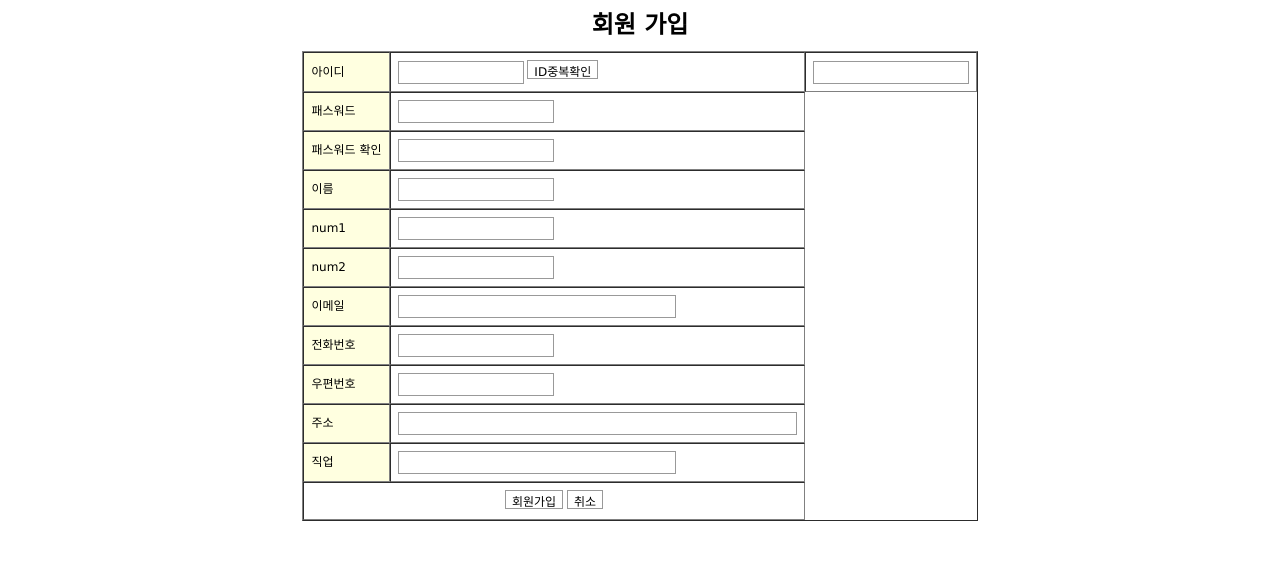
Repository: leekyengho/zodiac
Page: http://localhost/jsphomepage/homepage/member.jsp
The author's editor kept a copy of each file at every save. The page is drawn from the files as they stood at one save, then again after the next save.
The browser window is 1280 px wide. The pictures show the whole page.
The page is served by Tomcat 9. Other server files are loaded and not shown.

Above is the page before, as saved 2016-11-26 19:08:42.

### jsphomepage/WebContent/homepage/member.jsp
<%@ page language="java" contentType="text/html; charset=EUC-KR"
    pageEncoding="EUC-KR"%>
<!DOCTYPE html PUBLIC "-//W3C//DTD HTML 4.01 Transitional//EN" "http://www.w3.org/TR/html4/loose.dtd">
<html>
<head>
<meta http-equiv="Content-Type" content="text/html; charset=EUC-KR">
<title>Insert title here</title>
</head>
<body>
<div align=center>
<h1>회원 가입</h1>
<link href="style.css" rel="stylesheet" type="text/css">
<script type="text/javascript" src="script.js"></script>
<script type="text/javascript">
	function idCheck(id) {
		frm = document.regFrm;
		if(id=="") {
			alert("아이디를 입력하세요.");
			frm.id.focus();
			return;
		}
		url = "idCheck.jsp?id=" + id;
		window.open(url, "IDCheck", "width=300, heigth=150");
	}

	function zipCheck() {
		url = "zipCheck.jsp?check=y";
		window.open(url, "ZipCodeSearch", "width=500, height=300, scrollbars=yes");
	}
</script>
	<form name=memberFrm  method="post" action="memberProc.jsp">
		<table border=1 cellpadding=7 cellspacing=0 >
			<tr>
				<td bgcolor=lightyellow>아이디 </td>
				<td><input type="text" name="id" size="15" value="">
				<input type="button" value="ID중복확인" onClick="idCheck(this.form.id.value)"></td>
    			<td align=left><input type="text" name="id"  maxlength=20></td>
    		</tr>
			<tr>
				<td bgcolor=lightyellow>패스워드 </td>
    			<td align=left><input type="password" name="passwd"  maxlength=20></td>
    		</tr>
			<tr>
				<td bgcolor=lightyellow>패스워드 확인 </td>
  			    <td align=left><input type="password" name="repasswd"  maxlength=20></td>
  			</tr>
			<tr>
				<td bgcolor=lightyellow>이름 </td>
    			<td align=left><input type="text" name="name"  maxlength=20/></td>
    		</tr>
			<tr>
				<td bgcolor=lightyellow>num1</td>
   				<td align=left><input type="text" name="num1"  maxlength=7></td>
   			</tr>
			<tr>
				<td bgcolor=lightyellow>num2 </td>
  				<td align=left><input type="text" name="num2"  maxlength=7 ></td>
  			</tr>
			<tr>
				<td bgcolor=lightyellow>이메일 </td>
  				<td align=left><input type="text" name="email" maxlength=30 size=40></td>
  			</tr>
			<tr>
				<td bgcolor=lightyellow>전화번호 </td>
  				<td align=left><input type="text" name="phone" maxlength=30></td>
  			</tr>
			<tr>
				<td bgcolor=lightyellow>우편번호</td>
   				<td align=left><input type="text" name="zipcode" maxlength=7></td>
   			</tr>
			<tr>
				<td bgcolor=lightyellow>주소 </td>
    			<td align=left><input type="text" name="address" maxlength=30 size=60></td>
    		</tr>
			<tr>
				<td bgcolor=lightyellow>직업</td>
   				<td align=left><input type="text" name="job" maxlength=30 size=40></td>
   			</tr>
			<tr>
				<td colspan=2 align=center><input type="submit" value="회원가입">
    			<input type="reset" value="취소"></td>
    		</tr>
		</table>
	</form>
</div>
</body>
</html>

### jsphomepage/WebContent/homepage/style.css
BODY {
	FONT-SIZE: 9pt; COLOR: black; LINE-HEIGHT: 160%; FONT-FAMILY: 굴림,verdana,tahoma
}
TD {
	FONT-SIZE: 9pt; COLOR: black; LINE-HEIGHT: 160%; FONT-FAMILY: 굴림,verdana,tahoma
}
SELECT {
	FONT-SIZE: 9pt; COLOR: black; LINE-HEIGHT: 160%; FONT-FAMILY: 굴림,verdana,tahoma
}
DIV {
	FONT-SIZE: 9pt; COLOR: black; LINE-HEIGHT: 160%; FONT-FAMILY: 굴림,verdana,tahoma
}
FORM {
	FONT-SIZE: 9pt; COLOR: black; LINE-HEIGHT: 160%; FONT-FAMILY: 굴림,verdana,tahoma
}
TEXTAREA {
	BORDER-RIGHT: 1px solid #999999; BORDER-TOP: 1px solid #999999; FONT-SIZE: 9pt; BORDER-LEFT: 1px solid #999999 ; COLOR: BLACK; BORDER-BOTTOM: 1px solid #999999; FONT-FAMILY: 굴림,verdana; BACKGROUND-COLOR: white
}
INPUT {
	BORDER-RIGHT: 1px solid #999999; BORDER-TOP: 1px solid #999999; FONT-SIZE: 9pt; BORDER-LEFT: 1px solid #999999; COLOR: BLACK; BORDER-BOTTOM: 1px solid #999999; FONT-FAMILY: 굴림,verdana; HEIGHT: 19px; BACKGROUND-COLOR: white
}

A:link {text-decoration:none;color:#696969}
A:hover{text-decoration:yes;color:#66CCFF}
A:visited {text-decoration:none;color:#330066}

### jsphomepage/WebContent/homepage/script.js
function loginCheck(){
	if(document.login.mem_id.value==""){
		alert("아이디를를 입력해 주세요.");
		document.login.mem_id.focus();
		return;
	}
	if(document.login.mem_passwd.value==""){
		alert("비밀번호를 입력해 주세요.");
		document.login.mem_passwd.focus();
		return;
	}
	document.login.submit();
}

function memberReg(){
	document.location="Register.jsp";
}

function inputCheck(){
	if(document.regForm.mem_id.value==""){
		alert("아이디를 입력해 주세요.");
		document.regForm.mem_id.focus();
		return;
	}
	if(document.regForm.mem_passwd.value==""){
		alert("비밀번호를 입력해 주세요.");
		document.regForm.mem_passwd.focus();
		return;
	}
	if(document.regForm.mem_repasswd.value==""){
		alert("비밀번호를 확인해 주세요");
		document.regForm.mem_repasswd.focus();
		return;
	}
	if(document.regForm.mem_name.value==""){
		alert("이름을 입력해 주세요.");
		document.regForm.mem_name.focus();
		return;
	}
	if(document.regForm.mem_num1.value==""){
		alert("주민번호을 입력해 주세요.");
		document.regForm.mem_num1.focus();
		return;
	}
	if(document.regForm.mem_num2.value==""){
		alert("주민번호을 입력해 주세요.");
		document.regForm.mem_num2.focus();
		return;
	}
	if(document.regForm.mem_email.value==""){
		alert("이메일을 입력해 주세요.");
		document.regForm.mem_email.focus();
		return;
	}
	if(document.regForm.mem_phone.value==""){
		alert("연락처를 입력해 주세요.");
		document.regForm.mem_phone.focus();
		return;
	}
	if(document.regForm.mem_job.value=="0"){
		alert("직업을 선택해 주세요.");
		document.regForm.mem_job.focus();
		return;
	}

	if(document.regForm.mem_passwd.value != document.regForm.mem_repasswd.value){
		alert("비밀번호가 일치하지 않습니다.");
		document.regForm.mem_repasswd.focus();
		return;
	}
	document.regForm.submit();
}

//ID중복체크시 검사
function idCheck(id){
	if(id == ""){
		alert("아이디를 입력해 주세요.");
	}else{
		url="IdCheck.jsp?mem_id=" + id;
		window.open(url,"post","width=300,height=150");
	}
}

function zipCheck(){
		url="ZipCheck.jsp?check=y";
		window.open(url,"post","toolbar=no ,width=500 ,height=300 ,directories=no,status=yes,scrollbars=yes,menubar=no");
}

function win_close(){
	self.close();
}

After the next save:
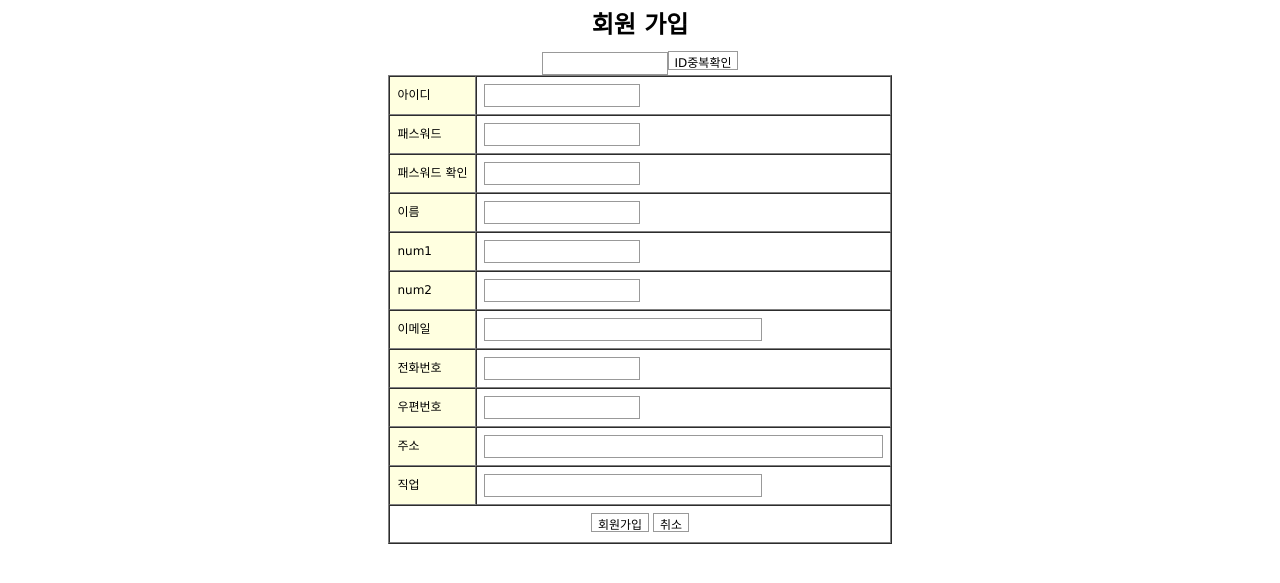
Saved 26 s later.
--- a/jsphomepage/WebContent/homepage/member.jsp
+++ b/jsphomepage/WebContent/homepage/member.jsp
@@ -32,8 +32,8 @@
 		<table border=1 cellpadding=7 cellspacing=0 >
 			<tr>
 				<td bgcolor=lightyellow>아이디 </td>
-				<td><input type="text" name="id" size="15" value="">
-				<input type="button" value="ID중복확인" onClick="idCheck(this.form.id.value)"></td>
+				<input type="text" name="id" size="15" value="">
+				<input type="button" value="ID중복확인" onClick="idCheck(this.form.id.value)">
     			<td align=left><input type="text" name="id"  maxlength=20></td>
     		</tr>
 			<tr>
